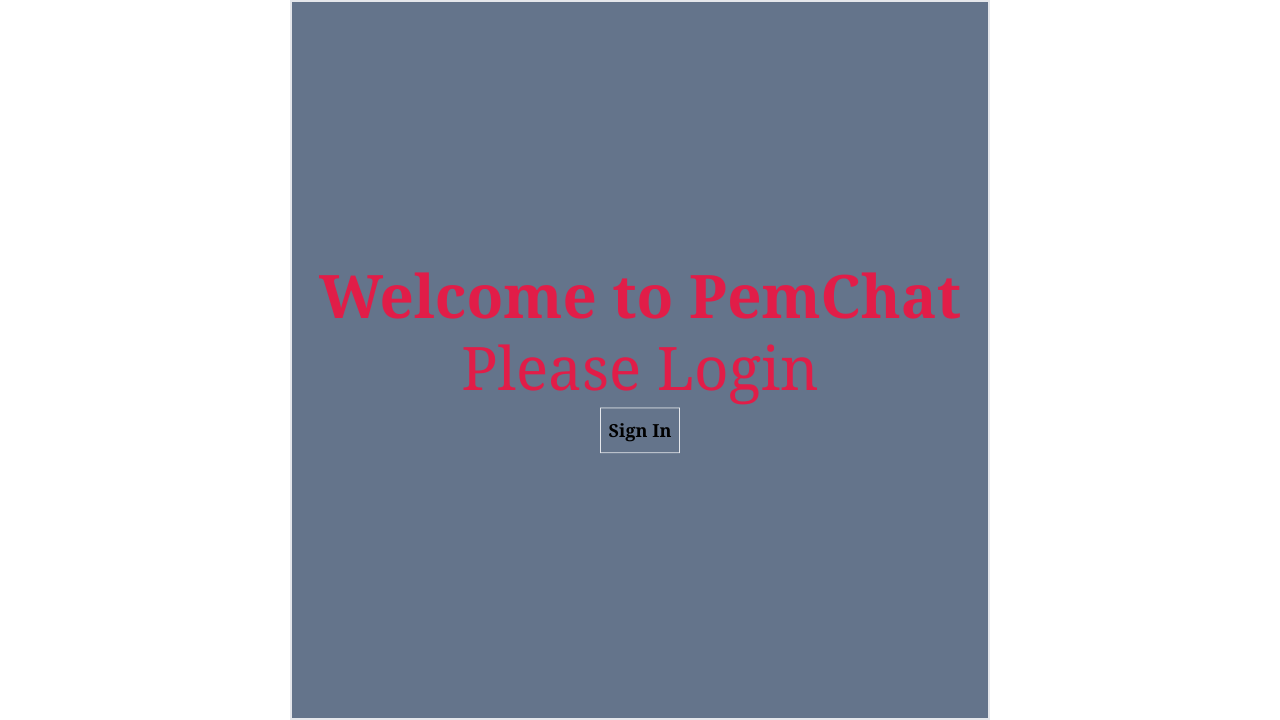
Repository: Semanmernstack/chat-mini
Page: /
An editor plug-in stored every save of this project. The page is shown before and after the next save, followed by the edit.
The browser window is 1280 px wide. The pictures show the whole page.
The project was rebuilt for these pictures with package versions that can differ from the ones it lists, and the page was loaded fresh each time. Also part of the build but not shown: src/SidebarList.js, src/Sidebar.js, src/BodyHeader.js, src/Message.js, src/Body.js.

Above is the page before, as saved 2022-11-16 08:15:37.

### src/app/store.js
import { configureStore } from '@reduxjs/toolkit';
import userReducer from '../features/userSlice';
import appReducer from '../features/appSlice';

export const store = configureStore({
  reducer: {
    user: userReducer,
    app: appReducer,

  },
});

### src/App.js
import React, { useEffect } from 'react';


import Sidebar from './Sidebar';
import Body from './Body';
import { useDispatch, useSelector } from 'react-redux';
import { login, logout, selectUser } from './features/userSlice';
import Login from './Login';
import { onAuthStateChanged } from 'firebase/auth';
import { auth } from './firebase';


function App() {
  const user = useSelector(selectUser)
  const dispatch = useDispatch();

  useEffect(() =>  {
    onAuthStateChanged(auth, authuser => {
      if(authuser) {
        dispatch(login({
          uid: authuser.uid,
          displayName: authuser.displayName,
          email: authuser.email,
          photo: authuser.photoURL,
        }))
      } else {dispatch(logout())}
    })
  }, [dispatch])



  return (

    <div className="flex  items-center overflow-hidden  overflow-y-hidden    h-screen  max-w-[700px]    mx-auto border-2">

       {user ? (
        <>
        <div className=" flex-[0.4]  ">

        <Sidebar/>
      </div>
      <div className=" flex-[0.6] ">
        <Body/>
      </div>
      </>

       ) : (
        <Login/>
       )}
    </div>
  );
}

export default App;

### src/features/userSlice.js
import {  createSlice } from '@reduxjs/toolkit';





export const userSlice = createSlice({
  name: 'user',
  initialState: {
    user: null,
  },

  reducers: {
    login: (state, action) => {

      state.user = action.payload;
    },
    logout: (state) => {
      state.user = null;
    },

  },
})

export const { login, logout } = userSlice.actions;


export const selectUser = (state) => state.user.user;



export default userSlice.reducer;

### src/features/appSlice.js
import {  createSlice } from '@reduxjs/toolkit';





export const appSlice = createSlice({
  name: 'app',
  initialState: {
    channelId: null,
    channelName: null,
  },

  reducers: {
    setChannelInfo: (state, action) => {

      state.channelId = action.payload.channelId;
      state.channelName = action.payload.channelName;
    },



  },
})

export const { setChannelInfo } = appSlice.actions;


export const selectChannelId = (state) => state.app.channelId;
export const selectChannelName = (state) => state.app.channelName;


export default appSlice.reducer;

### src/Login.js
import { GoogleAuthProvider, signInWithPopup } from 'firebase/auth'
import React from 'react'
import { auth } from './firebase'

function Login() {

    const SignIn = () => {
        const provider = new GoogleAuthProvider()
        signInWithPopup(auth, provider)
        .then(res => {
        alert("You have succefully log in")
        }).catch((error) => alert (error.message) )
    }
  return (
    <div className="flex font-serif flex-col w-screen bg-slate-500 text-center mx-auto items-center h-screen justify-center">
        <div className=" flex flex-col items-center  text-rose-600  text-3xl md:text-4xl lg:text-6xl">
            <h1 className="font-extrabold mb-3">Welcome to PemChat</h1>
            <h2>Please Login</h2>
        </div>
        <button onClick={SignIn} className="mt-3 border p-2 font-extrabold text-lg cursor-pointer animate-bounce">Sign In</button>
    </div>
  )
}

export default Login

### src/firebase.js

import { initializeApp } from "firebase/app";
import { getAuth } from "firebase/auth";
import { getFirestore } from "firebase/firestore";
const firebaseConfig = {
  apiKey: "AIzaSyAdXaswUjs-QE-MMolXHmAvIeDrrgoGO_4",
  authDomain: "chat-mini-16fc0.firebaseapp.com",
  projectId: "chat-mini-16fc0",
  storageBucket: "chat-mini-16fc0.appspot.com",
  messagingSenderId: "267350805735",
  appId: "1:267350805735:web:5e85360687453f5203e642"
};


const app = initializeApp(firebaseConfig);
export const auth = getAuth(app)
export const db = getFirestore(app)

Loaded but not shown: public/index.html (common file); src/index.js (common file); src/reportWebVitals.js (common file); src/index.css (common file); tailwind.config.js (common file)

After the next save:
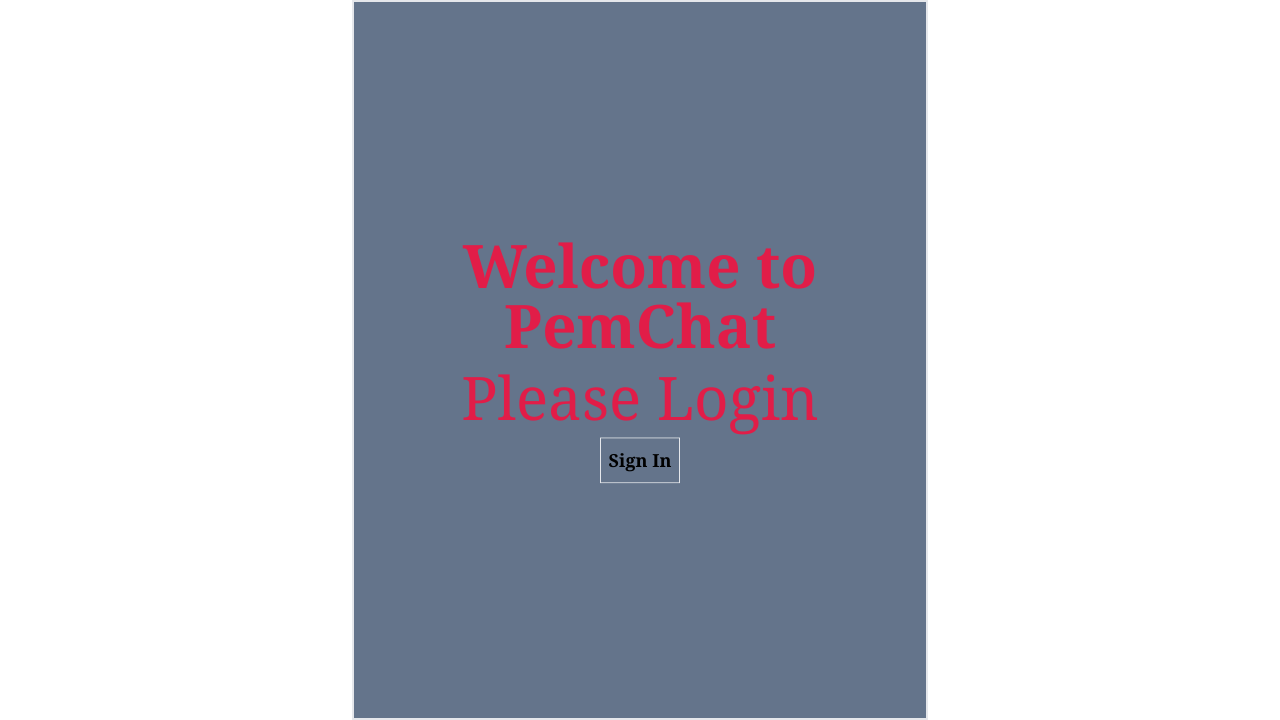
Saved 89 s later.
--- a/src/App.js
+++ b/src/App.js
@@ -31,7 +31,7 @@ function App() {
 
   return (
 
-    <div className="flex  items-center overflow-hidden  overflow-y-hidden    h-screen  max-w-[700px]    mx-auto border-2">
+    <div className="flex  items-center overflow-hidden  overflow-y-hidden sm:max-w-[560] lg:max-w-xl    h-screen  md:max-w-[700px]    mx-auto border-2">
 
        {user ? (
         <>
